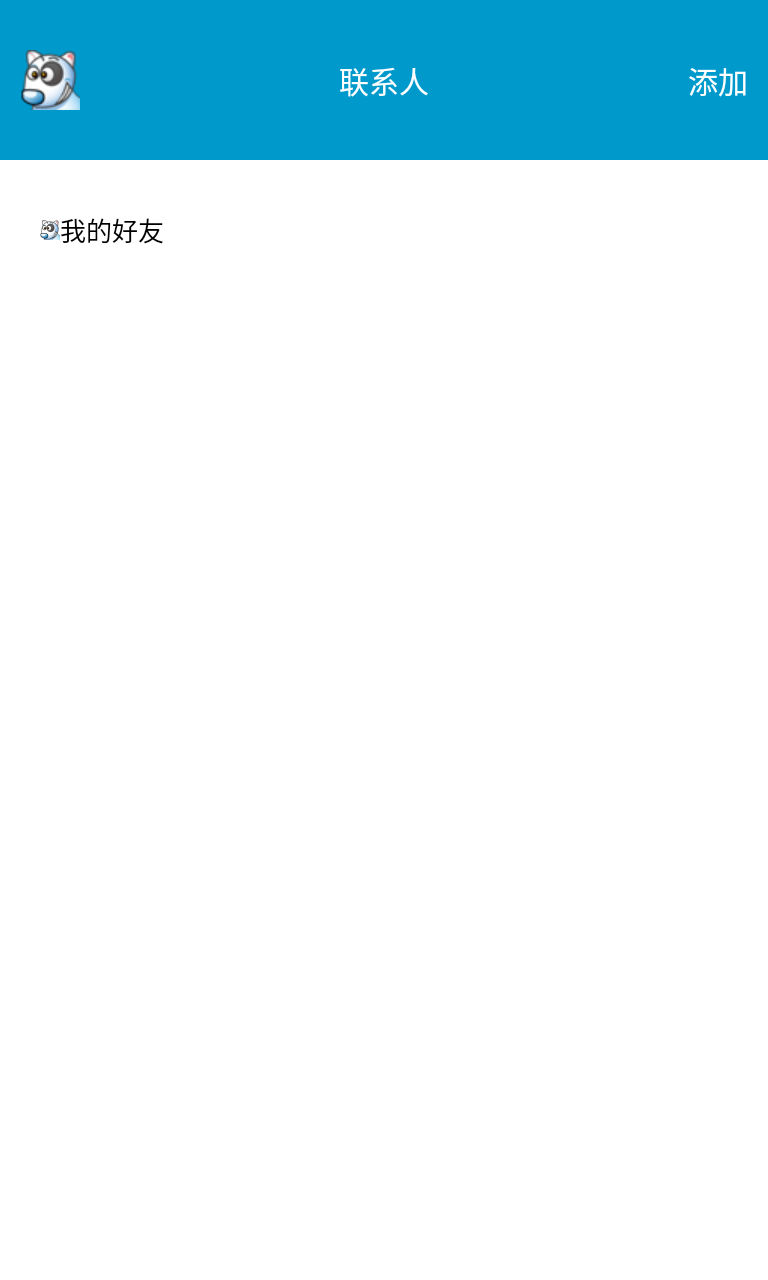
Repository: fanloveoupao/WecharTest
Layout: TestWechar/res/layout/home.xml
The author's editor kept a copy of each file at every save. The layout is drawn from the files as they stood at one save, then again after the next save.
It is drawn on a 768 x 1280 px phone screen (xhdpi) without system bars, with theme AppTheme; the app's code is not run. Lists and similar views that code fills are empty.

Above is the layout before, as saved 2015-10-07 01:50:04.

### TestWechar/res/layout/home.xml
<?xml version="1.0" encoding="utf-8"?>
<LinearLayout xmlns:android="http://schemas.android.com/apk/res/android"
    android:layout_width="match_parent"
    android:layout_height="match_parent"
    android:background="#FFFFFF"
    android:orientation="vertical" >

    <include
        android:layout_width="fill_parent"
        android:layout_height="wrap_content"
        layout="@layout/include" />

    <ExpandableListView
        android:id="@+id/list_expand"
        android:layout_width="fill_parent"
        android:layout_height="wrap_content"
        android:layout_marginTop="10dp" >
    </ExpandableListView>

    <LinearLayout
        android:layout_width="fill_parent"
        android:layout_height="50dp"
        android:gravity="center_vertical"
        android:orientation="horizontal" >

        <ImageView
            android:id="@+id/icon_lau_one"
            android:layout_width="10dp"
            android:layout_height="10dp"
            android:layout_marginLeft="20dp"
            android:src="@drawable/h091" />

        <TextView
            android:id="@+id/group_one"
            android:layout_width="wrap_content"
            android:layout_height="wrap_content"
            android:text="我的好友"
            android:textColor="@color/black_deep"
            android:textSize="13dp" />
    </LinearLayout>

</LinearLayout>

### TestWechar/res/values/styles.xml
<resources>

    <!--
        Base application theme, dependent on API level. This theme is replaced
        by AppBaseTheme from res/values-vXX/styles.xml on newer devices.











    -->
    <style name="AppBaseTheme" parent="android:Theme.Light">
        <!--
            Theme customizations available in newer API levels can go in
            res/values-vXX/styles.xml, while customizations related to
            backward-compatibility can go here.






        -->
    </style>

    <!-- Application theme. -->
    <style name="AppTheme" parent="AppBaseTheme">
        <!-- All customizations that are NOT specific to a particular API-level can go here. -->
    </style>

    <style name="animationmsg">
        <item name="android:windowEnterAnimation">@anim/msg_enter</item>
        <item name="android:windowExitAnimation">@anim/msg_exit</item>
    </style>

</resources>

### TestWechar/res/layout/include.xml
<?xml version="1.0" encoding="utf-8"?>
<LinearLayout xmlns:android="http://schemas.android.com/apk/res/android"
    android:layout_width="match_parent"
    android:layout_height="match_parent"
    android:orientation="vertical" >

    <RelativeLayout
        android:layout_width="fill_parent"
        android:layout_height="80dp"
        android:background="#0099CC"
        android:gravity="center_vertical" >

        <ImageView
            android:layout_width="30dp"
            android:layout_height="30dp"
            android:layout_alignParentLeft="true"
            android:layout_centerVertical="true"
            android:layout_marginLeft="10dp"
            android:src="@drawable/h091" />

        <TextView
            android:id="@+id/title"
            android:layout_width="wrap_content"
            android:layout_height="wrap_content"
            android:layout_centerHorizontal="true"
            android:layout_centerVertical="true"
            android:text="联系人"
            android:textColor="#FFFFFF"
            android:textSize="15dp" />

        <TextView
            android:id="@+id/add"
            android:layout_width="wrap_content"
            android:layout_height="wrap_content"
            android:layout_alignParentRight="true"
            android:layout_centerVertical="true"
            android:layout_marginRight="10dp"
            android:text="添加"
            android:textColor="#FFFFFF"
            android:textSize="15dp" />
    </RelativeLayout>

</LinearLayout>

### TestWechar/res/values/color.xml
<?xml version="1.0" encoding="utf-8"?>
<resources>

    <color name="white">#ffffffff</color>
    <color name="window_bg">#fff0f3f6</color>
    <color name="title_bg">#ff54acea</color>
    <color name="chat_text">#ff333333</color>
    <color name="common_top_bar_blue">#4ebcd3</color>
    <color name="btn_login_normal">#00acff</color>
    <color name="btn_login_pressed">#46678d</color>
    <color name="btn_logout_normal">#d33f3f</color>
    <color name="btn_logout_pressed">#DA5A4D</color>
    <color name="btn_register_normal">#ffffff</color>
    <color name="btn_register_pressed">#00acff</color>
    <color name="common_bottom_bar_normal_bg">#2d2f31</color>
    <color name="common_bottom_bar_selected_bg">#161718</color>
    <color name="common_botton_bar_blue">#2ea7e0</color>
    <color name="common_bg">#fcfcfc</color>
    <color name="btn_pressed_green_solid">#B6DA53</color>
    <color name="divider_list">#d4d4d4</color>
    <color name="top_bar_normal_bg">#00acff</color>
    <color name="error_item_color">#F6EBE6</color>
    <color name="bottom_bar_normal_bg">#2D2F31</color>
    <color name="bottom_text_color_normal">#ffffff</color>
    <color name="btn_white_normal">#f7f8f8</color>
    <color name="btn_white_pressed">#b5b5b6</color>
    <color name="btn_green_noraml">#68C270</color>
    <color name="btn_green_pressed">#6FCD78</color>
    <color name="btn_gray_normal">#c0c0c0</color>
    <color name="btn_gray_pressed_status">#b5b5b6</color>
    <color name="btn_gray_pressed">#666667</color>
    <color name="btn_blue_normal">#1e90ff</color>
    <color name="btn_blue_pressed">#0066FF</color>
    <color name="orange">#FFA500</color>
    <color name="gray_pressed">#b5b5b6</color>
    <color name="gray_normal">#666667</color>
    <color name="grid_state_pressed">#1Affffff</color>
    <color name="grid_state_focused">#80000000</color>
    <color name="voip_interface_text_color">#bababa</color>
    <color name="black_deep">#FF000000</color>
    <color name="btn_answer_pressed">#4ebcd3</color>
    <color name="btn_answer_normal">#2dafa3</color>

</resources>

Loaded but not shown: TestWechar/res/values-v11/styles.xml (common file); TestWechar/res/values-v14/styles.xml (common file)

After the next save:
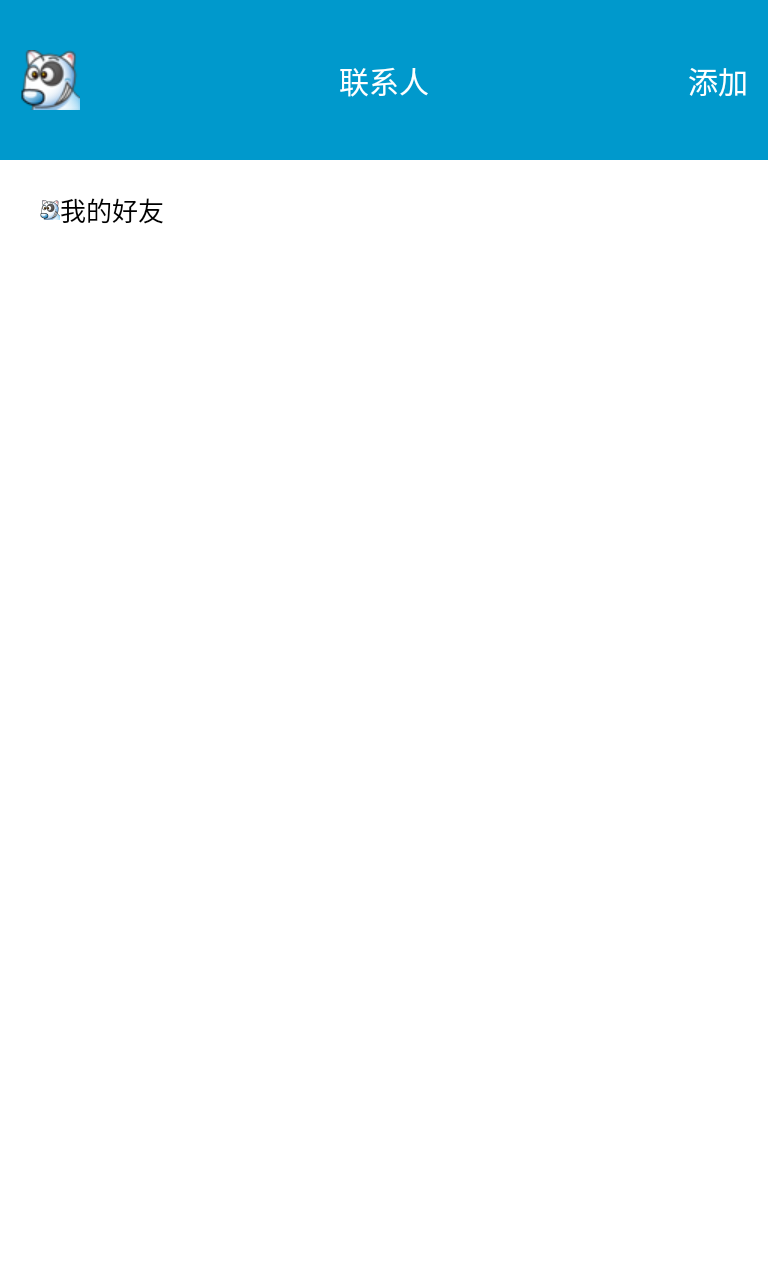
Saved 23 s later.
--- a/TestWechar/res/layout/home.xml
+++ b/TestWechar/res/layout/home.xml
@@ -14,7 +14,8 @@
         android:id="@+id/list_expand"
         android:layout_width="fill_parent"
         android:layout_height="wrap_content"
-        android:layout_marginTop="10dp" >
+        android:layout_marginTop="10dp"
+        android:visibility="gone" >
     </ExpandableListView>
 
     <LinearLayout
